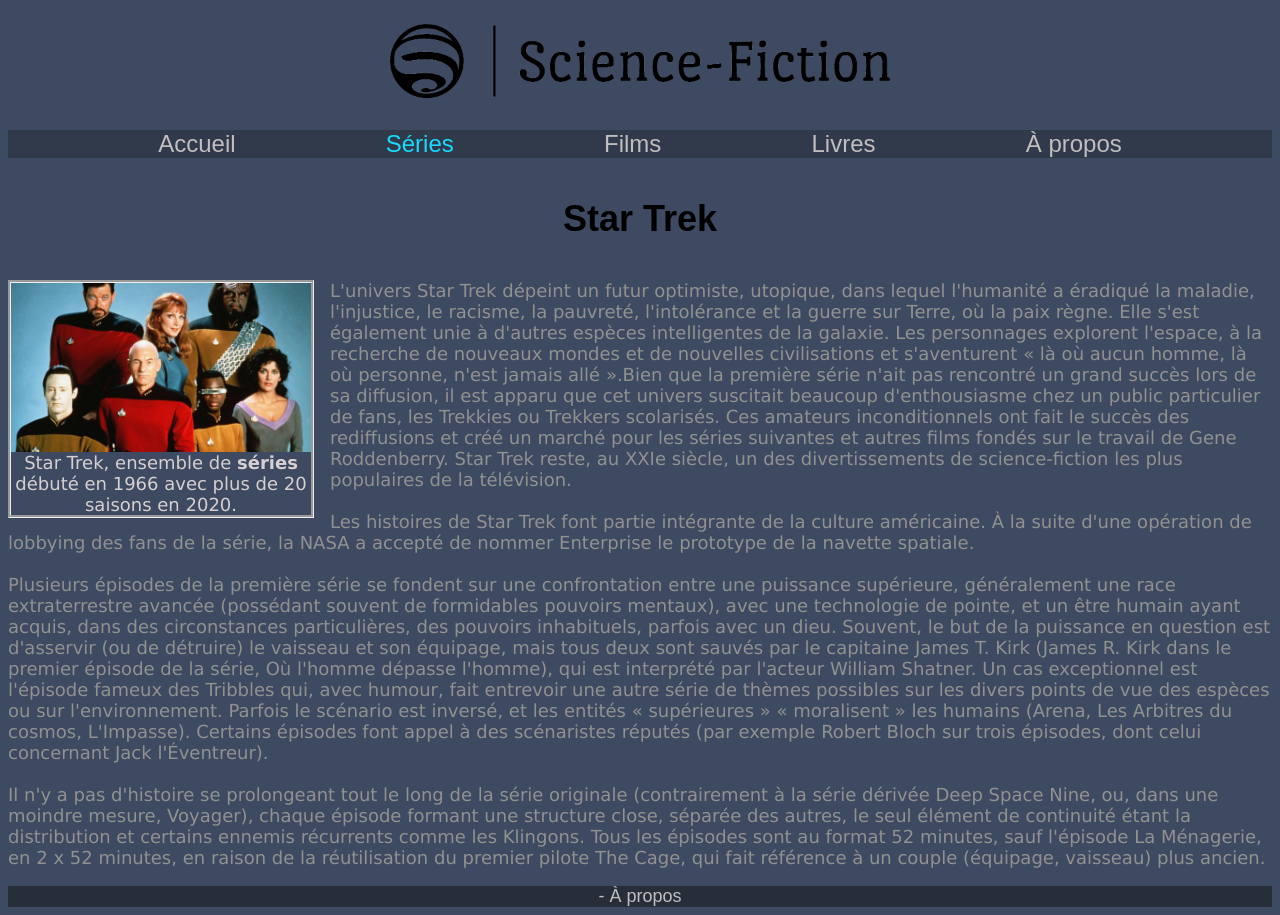
Repository: Emalios/Projet-Web
Page: html/series/star-trek.html
The author's editor kept a copy of each file at every save. The page is drawn from the files as they stood at one save, then again after the next save.
The browser window is 1280 px wide. The pictures show the whole page.

Above is the page before, as saved 2020-11-11 20:50:02.

After the next save:
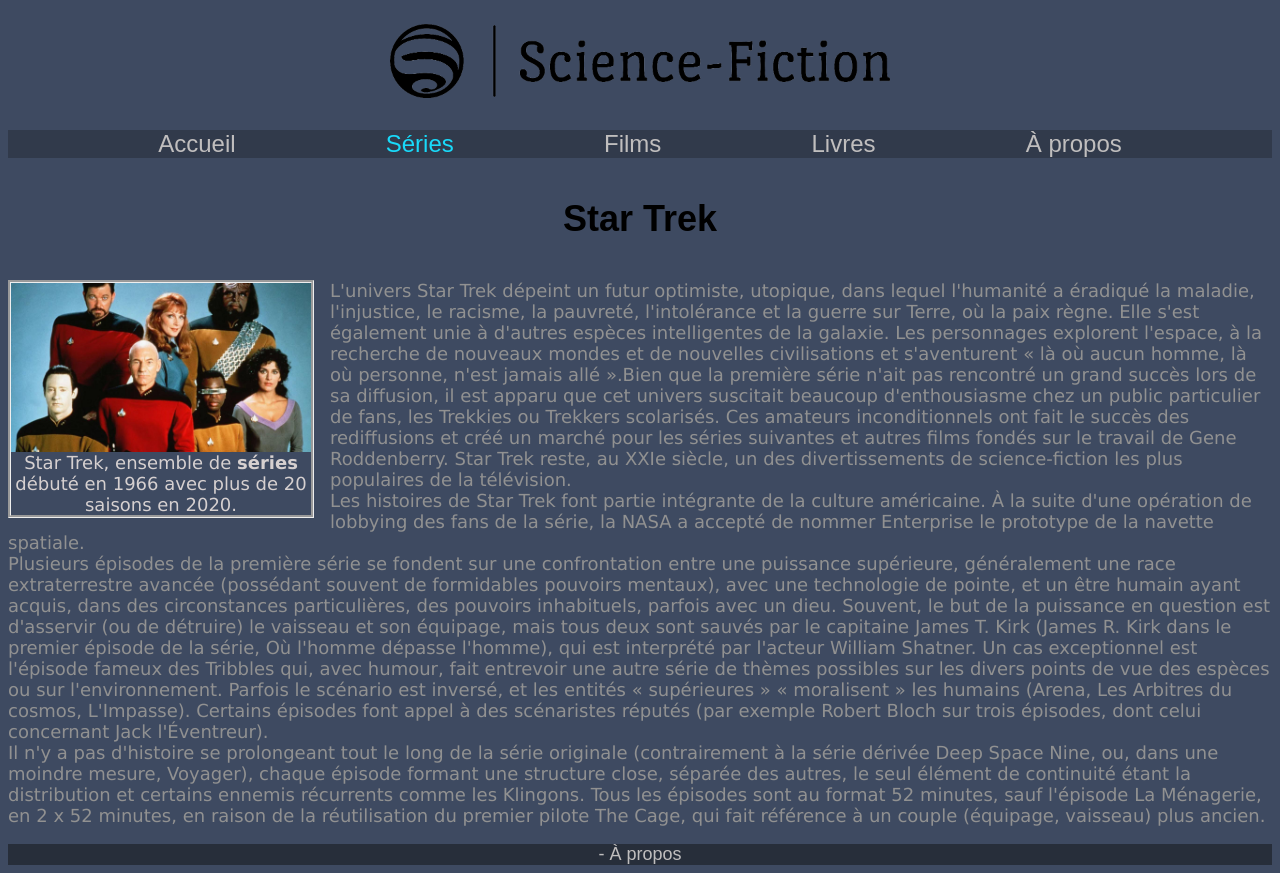
Saved 18 s later.
--- a/html/series/star-trek.html
+++ b/html/series/star-trek.html
@@ -32,9 +32,9 @@
       L'univers Star Trek dépeint un futur optimiste, utopique, dans lequel l'humanité a éradiqué la maladie, l'injustice, le racisme, la pauvreté, l'intolérance et la guerre sur Terre, où la paix règne. Elle s'est également unie à d'autres espèces
       intelligentes de la galaxie. Les personnages explorent l'espace, à la recherche de nouveaux mondes et de nouvelles civilisations et s'aventurent « là où aucun homme, là où personne, n'est jamais allé ».Bien que la première série n'ait pas
       rencontré un grand succès lors de sa diffusion, il est apparu que cet univers suscitait beaucoup d'enthousiasme chez un public particulier de fans, les Trekkies ou Trekkers scolarisés. Ces amateurs inconditionnels ont fait le succès des
-      rediffusions et créé un marché pour les séries suivantes et autres films fondés sur le travail de Gene Roddenberry. Star Trek reste, au XXIe siècle, un des divertissements de science-fiction les plus populaires de la télévision.</br></br>
+      rediffusions et créé un marché pour les séries suivantes et autres films fondés sur le travail de Gene Roddenberry. Star Trek reste, au XXIe siècle, un des divertissements de science-fiction les plus populaires de la télévision.<br>
 
-      Les histoires de Star Trek font partie intégrante de la culture américaine. À la suite d'une opération de lobbying des fans de la série, la NASA a accepté de nommer Enterprise le prototype de la navette spatiale.</br></br>
+      Les histoires de Star Trek font partie intégrante de la culture américaine. À la suite d'une opération de lobbying des fans de la série, la NASA a accepté de nommer Enterprise le prototype de la navette spatiale.<br>
 
       Plusieurs épisodes de la première série se fondent sur une confrontation entre une puissance supérieure, généralement une race extraterrestre avancée (possédant souvent de formidables pouvoirs mentaux), avec une technologie de pointe, et un
       être
@@ -42,7 +42,7 @@
       le
       capitaine James T. Kirk (James R. Kirk dans le premier épisode de la série, Où l'homme dépasse l'homme), qui est interprété par l'acteur William Shatner. Un cas exceptionnel est l'épisode fameux des Tribbles qui, avec humour, fait entrevoir une
       autre série de thèmes possibles sur les divers points de vue des espèces ou sur l'environnement. Parfois le scénario est inversé, et les entités « supérieures » « moralisent » les humains (Arena, Les Arbitres du cosmos, L'Impasse). Certains
-      épisodes font appel à des scénaristes réputés (par exemple Robert Bloch sur trois épisodes, dont celui concernant Jack l'Éventreur).</br></br>
+      épisodes font appel à des scénaristes réputés (par exemple Robert Bloch sur trois épisodes, dont celui concernant Jack l'Éventreur).<br>
 
       Il n'y a pas d'histoire se prolongeant tout le long de la série originale (contrairement à la série dérivée Deep Space Nine, ou, dans une moindre mesure, Voyager), chaque épisode formant une structure close, séparée des autres, le seul élément
       de
